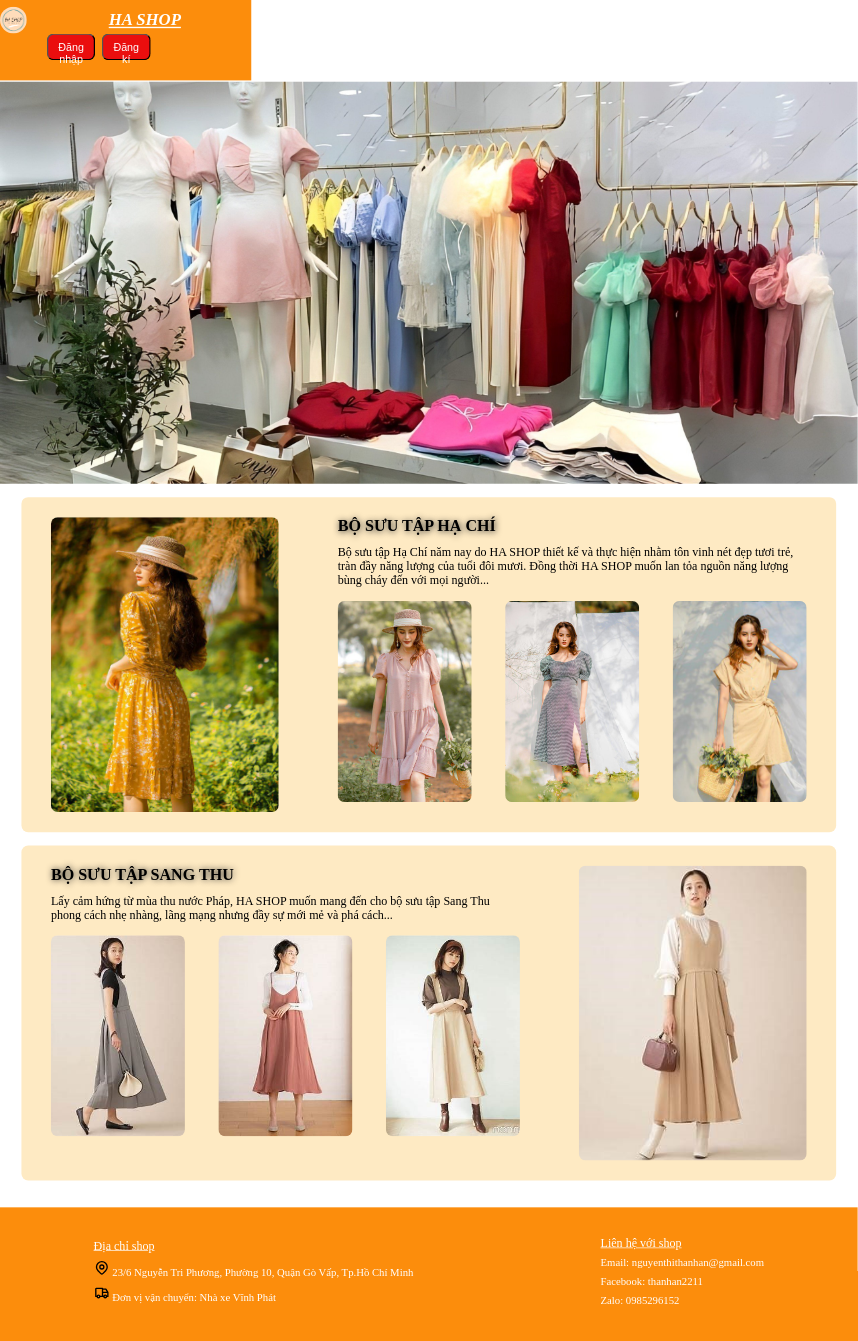
Repository: manhhieu120499/Project_ShopQuanAo
Page: index.html
An editor plug-in stored every save of this project. The page is shown before and after the next save, followed by the edit.
The browser window is 1280 px wide. The pictures show the whole page, at 67% of full size.

Above is the page before, as saved 2023-04-07 23:10:19.

### index.html
<!DOCTYPE html>
<html lang="en">

<head>
    <meta charset="UTF-8" />
    <meta http-equiv="X-UA-Compatible" content="IE=edge" />
    <meta name="viewport" content="width=device-width, initial-scale=1.0" />
    <title>Document</title>
    <link rel="stylesheet" href="/css/style_trangchu.css">
    <link rel="stylesheet" href="/responsive/responsive_trangchu.css">
</head>

<body>
    <div class="wrap">
        <div class="header">
            <div class="left-header">
                <img src="/image/image_trangchu/Thời trang hiện dại.png" alt="logo_shop" class="picture"/>
                <h2 class="shop_name">HA SHOP</h2>
            </div>

            <div class="right-header">
                <div class="link">
                    <a href="#">Trang Chủ</a>
                    <a href="http://127.0.0.1:5501/html/ban_hang.html">Cửa Hàng</a>
                    <a href="#">Liên hệ</a>
                </div>
                 <div class="btn">
                     <button>Đăng nhập</button>
                     <button>Đăng kí</button>
                 </div>
            </div>

        </div>

        <div class="slide_bar">
            <img src="/image/image_trangchu/slide.jpg" alt="slide_picture">
        </div>

        <div class="album">
            <div class="album_one">
                <div class="left_picture">
                     <img src="/image/image_trangchu/10.jpg" alt="picture_ha_chi">
                </div>
                <div class="right_description">
                      <h2 class="title_album">BỘ SƯU TẬP HẠ CHÍ</h2>
                      <p class="desc">   Bộ sưu tập Hạ Chí năm nay do HA SHOP thiết kế và thực hiện nhằm tôn vinh nét đẹp tươi trẻ, tràn đầy năng lượng của tuổi đôi mươi. Đồng thời HA SHOP muốn lan tỏa nguồn năng lượng bùng cháy đến với mọi người...</p>
                      <div class="picture_etc">
                        <img src="/image/image_trangchu/11.jpg" alt="picture_ha_chi">
                        <img src="/image/image_trangchu/12.jpg" alt="picture_ha_chi">
                        <img src="/image/image_trangchu/13.jpg" alt="picture_ha_chi">
                      </div>
                </div>

            </div>

            <div class="album_two album_one ">
                <div class="right_description">
                    <h2 class="title_album">BỘ SƯU TẬP SANG THU</h2>
                    <p class="desc">   Lấy cảm hứng từ mùa thu nước Pháp, HA SHOP muốn mang đến cho bộ sưu tập Sang Thu phong cách nhẹ nhàng, lãng mạng nhưng đầy sự mới mẻ và phá cách...</p>
                    <div class="picture_etc">
                        <img src="/image/image_trangchu/5.jpg" alt="picture_sang_thu">
                        <img src="/image/image_trangchu/8.jpg" alt="picture_sang_thu">
                        <img src="/image/image_trangchu/6.jpg" alt="picture_sang_thu">
                    </div>
                </div>
                <div class="left_picture">
                     <img src="/image/image_trangchu/3.jpg" alt="picture_sang_thu">
                </div>

            </div>
        </div>

        <div class="footer">
            <div class="left_footer">
                  <p class="address">Địa chỉ shop</p>
                  <p>
                    <a class="icon">
                        <svg xmlns="http://www.w3.org/2000/svg" class="icon icon-tabler icon-tabler-map-pin" width="24" height="24" viewBox="0 0 24 24" stroke-width="2" stroke="currentColor" fill="none" stroke-linecap="round" stroke-linejoin="round">
                            <path stroke="none" d="M0 0h24v24H0z" fill="none"></path>
                            <path d="M12 11m-3 0a3 3 0 1 0 6 0a3 3 0 1 0 -6 0"></path>
                            <path d="M17.657 16.657l-4.243 4.243a2 2 0 0 1 -2.827 0l-4.244 -4.243a8 8 0 1 1 11.314 0z"></path>
                         </svg>
                    </a>
                     23/6 Nguyễn Tri Phương, Phường 10, Quận Gò Vấp, Tp.Hồ Chí Minh
                  </p>
                  <p>
                    <a>
                        <svg xmlns="http://www.w3.org/2000/svg" class="icon icon-tabler icon-tabler-truck" width="24" height="24" viewBox="0 0 24 24" stroke-width="2" stroke="currentColor" fill="none" stroke-linecap="round" stroke-linejoin="round">
                            <path stroke="none" d="M0 0h24v24H0z" fill="none"></path>
                            <path d="M7 17m-2 0a2 2 0 1 0 4 0a2 2 0 1 0 -4 0"></path>
                            <path d="M17 17m-2 0a2 2 0 1 0 4 0a2 2 0 1 0 -4 0"></path>
                            <path d="M5 17h-2v-11a1 1 0 0 1 1 -1h9v12m-4 0h6m4 0h2v-6h-8m0 -5h5l3 5"></path>
                         </svg>
                         Đơn vị vận chuyển: Nhà xe Vĩnh Phát
                    </a>
                  </p>
            </div>
            <div class="right_footer">
                 <p class="address">Liên hệ với shop</p>
                 <p>Email: nguyenthithanhan@gmail.com</p>
                 <p>Facebook: thanhan2211</p>
                 <p>Zalo: 0985296152</p>
            </div>

        </div>
    </div>

</body>

</html>

### css/style_trangchu.css
* {
    margin: 0;
    box-sizing: border-box;
}

.wrap {
    display: flex;
    flex-direction: column;
    width: 100%;
    height: 100%;
}


.header {
    background-color: #FC8D0C;
    display: flex;
    justify-content: space-around;
    position: fixed;
    width: 100%;
    top: 0;
    left: 0;
    padding: 10px 0;
    z-index: 1;
}

.left-header {
    width: 270px;
    display: flex;
    align-items: center;
    justify-content: space-between;
}

.left-header .picture {
    width: 100px;
    height: 100px;
    border-radius: 50%;
}

.left-header .shop_name {
    color: white;
    font-size: 25px;
    text-decoration: underline;
    font-style: italic;
}

.right-header .link {
    width: 400px;
    display: flex;
    justify-content: space-between;
}

.right-header .link a:hover {
    color: black;
}

.right-header .link > a {
    color: white;
    text-decoration: none;
    font-size: 25px;
    /* padding: 10px 35px; */
}

.right-header {
    width: 800px;
    display: flex;
    align-items: flex-end;
    margin-bottom: 20px;
    justify-content: space-between;
}

.right-header .btn {
    display: flex;
    justify-content: space-between;
    width: 300px;
}

.right-header .btn > button {
    background-color: #EA0E0E;
    padding: 10px 15px;
    border-radius: 10px;
    font-size: 16px;
    color: white;
    width: 200px;
    height: 40px;
    margin-left: 10px;
}



/* slide bar*/
.slide_bar {
    margin-top: 122px;
    height: 400px;
}
.slide_bar > img{
    width: 100%;
    object-fit: cover;
    height: 600px;
    display: block;
    margin-bottom: 20px;
}

/*album bo suu tap*/
.album {
    display: flex;
    width: calc(100% - 32px);
    flex-direction: column;
}
.album_one {
    margin-top: 220px;
    width: calc(100% - 32px);
    margin-left: 32px;
    height: 500px;
    background-color: #FEEAC3;
    display: flex;
    justify-content: space-around;
    align-items: center;
    border-radius: 10px;

}

.left_picture {
    width: 340px;
    height: 440px;
}
.left_picture img{
    width: 340px;
    height: 440px;
    border-radius: 10px;
}

.left_picture img:hover {
    transform: scale(1.1);
    transition: ease all 0.7s;
}

.right_description {
    width: 700px;
    height: 440px;
    display: flex;
    flex-direction: column;
}

.right_description > .picture_etc{
    display: flex;
    align-items: center;
    justify-content: space-between;
}

.right_description > .picture_etc > img {
    width: 200px;
    height: 300px;
    border-radius: 10px;
    object-fit: cover;
    margin-top: 10px;
}

.right_description > .picture_etc > img:hover {
    transform: scale(1.1);
    transition: ease all 0.7s;
}

.right_description .title_album {
    font-weight: 600px;
    margin-bottom: 15px;
    text-shadow: 1px 1px 10px #222;
}

.right_description .desc {
    font-size: 18px;
    text-align: start;
    margin-bottom: 10px;
}

.album .album_two {
    margin-top: 20px;
}

/*footer*/
.footer {
    margin-top: 40px;
    width: 100%;
    height: 200px;
    background-color: #FC8D0C;
    display: flex;
    justify-content: space-around;
    align-items: center;
    color: white;
}

.footer .left_footer {
    display: flex;
    flex-direction: column;
}

.left_footer p {
    margin-bottom: 10px;
}

.left_footer .address {
    text-decoration: underline;
    font-size: 18px;
}

.footer .right_footer {
    display: flex;
    flex-direction: column;
}

.right_footer p {
    margin-bottom: 10px;
}

.right_footer .address {
    text-decoration: underline;
    font-size: 18px;
}

.footer svg {
    color: black;
}

### responsive/responsive_trangchu.css
/*ipad pro*/
@media only screen and (max-width: 1024px){
    .left-header {
        width: 230px;
        margin-left: 20px;
    }

    .right-header .link {
        width: 350px;
        margin-left: 60px;
    }

    .btn {
        margin-right: 30px;
    }

    .album_one .left_picture{
        width: 250px;
        height: 350px;
        margin-left: 12px;
    }
    .album_one .left_picture > img {
        width: 100%;
        height: 100%;
    }


    .album_one .right_description {
        width: 650px;
        margin-right: 20px;
    }


    .right_description > .picture_etc > img {
        width: 200px;
        height: 250px;
    }

    .right_description .desc{
        text-align: justify;
    }

    .album_two .left_picture {
        margin-right: 24px;
    }

    .album_two .right_description {
        margin-left: 20px;
    }
}

/*iphone x*/
@media only screen and (min-width: 375px) {
    .header {
        width: 375px;
        display: flex;
        flex-direction: column;
        align-items: flex-start;

    }
    .right-header .link {
        width: 0;
    }

    .right-header .link > a{
        display: none;
    }

    .left-header .picture {
        width: 40px;
        height: 40px;
    }

    .right-header {
        width: 200px;
    }
    .right-header .btn {
        width: 70%;
       display: flex;
       justify-content: space-between;
    }

    .right-header .btn > button{
       width: 100px;
       height: 40px;
       font-size: 16px;
       text-align: center;
    }
}

After the next save:
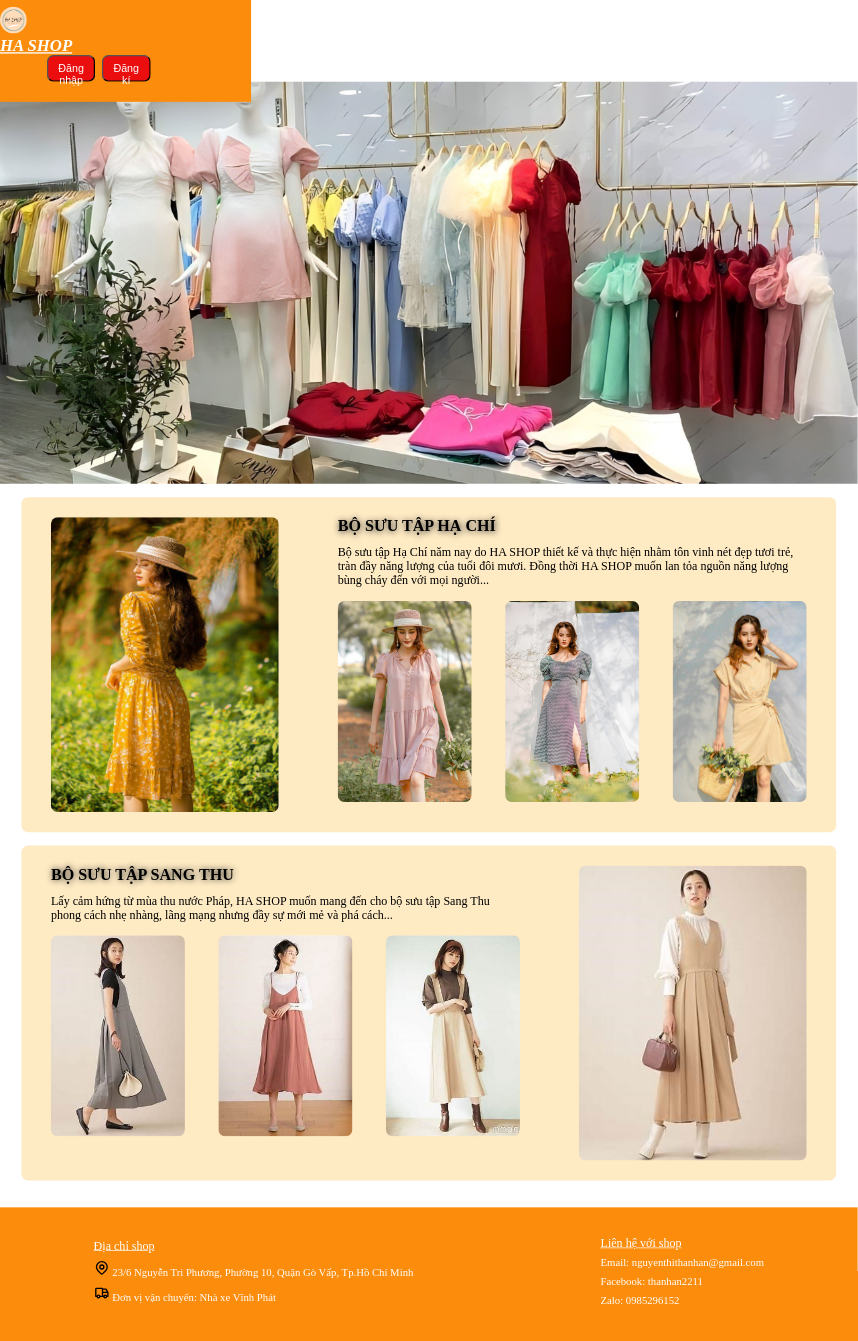
Saved 2 min 13 s later.
--- a/responsive/responsive_trangchu.css
+++ b/responsive/responsive_trangchu.css
@@ -58,6 +58,8 @@
         align-items: flex-start;
 
     }
+
+    .left-header {display: block;}
     .right-header .link {
         width: 0;
     }

After the 3 saves that followed:
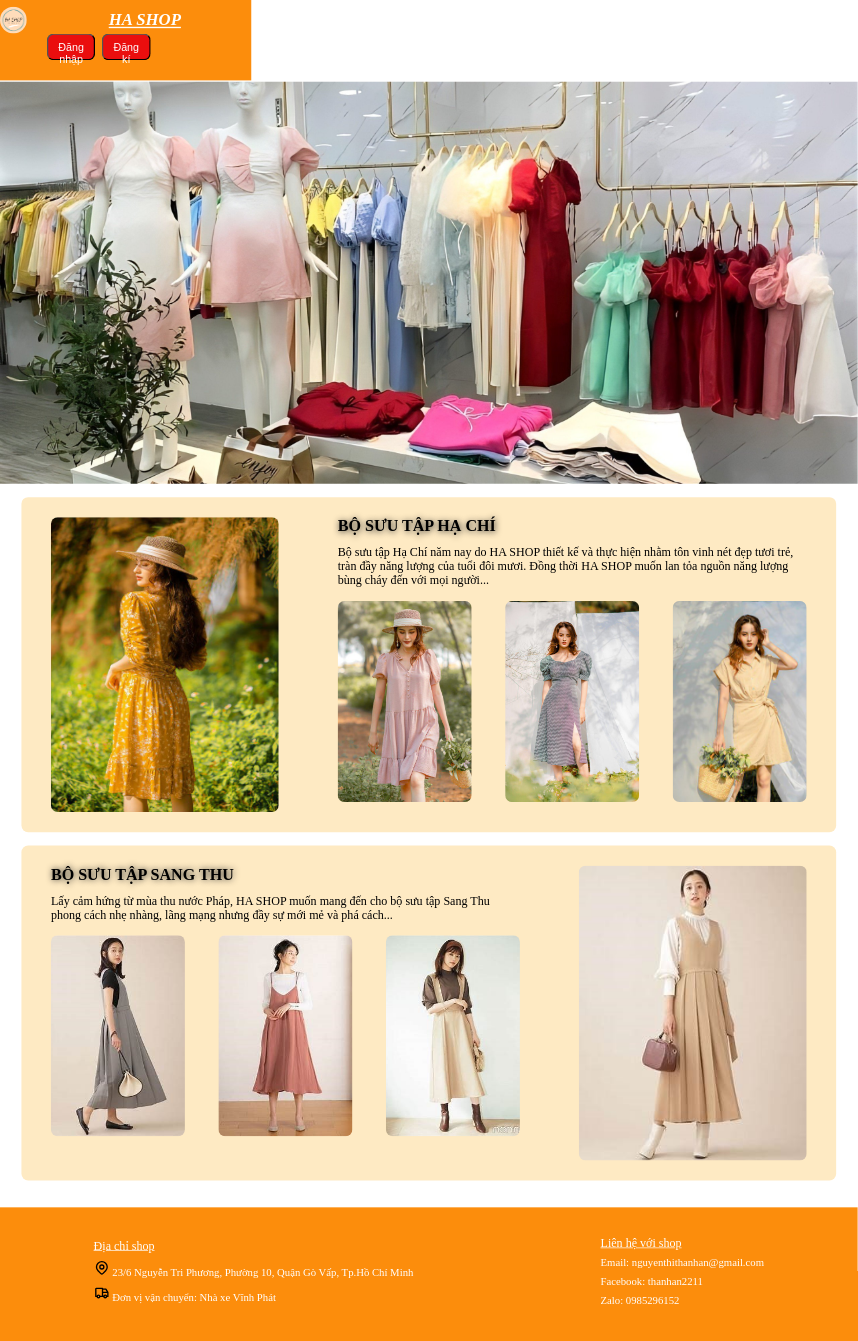
The 3 saves are shown as one change because 2 left the picture as it was.
The last was saved 71 s later.
--- a/responsive/responsive_trangchu.css
+++ b/responsive/responsive_trangchu.css
@@ -59,7 +59,7 @@
 
     }
 
-    .left-header {display: block;}
+    .left-header {}
     .right-header .link {
         width: 0;
     }
@@ -71,6 +71,7 @@
     .left-header .picture {
         width: 40px;
         height: 40px;
+        display: inline-block;
     }
 
     .right-header {
